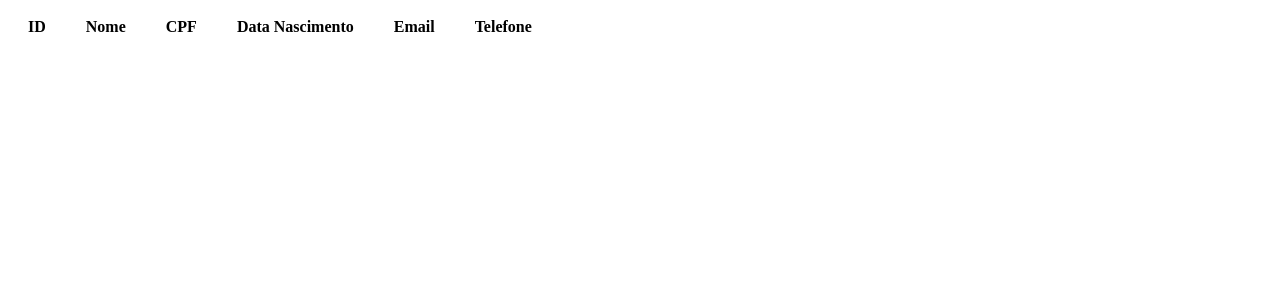
Repository: ujota/crud-cliente
Page: api-clientes/front/html/cliente.html
An editor plug-in stored every save of this project. The page is shown before and after the next save, followed by the edit.
The browser window is 1280 px wide. The pictures show the whole page.
The page's requests for data from a server got no answer.

Above is the page before, as saved 2022-10-03 03:40:33.

After the next save:
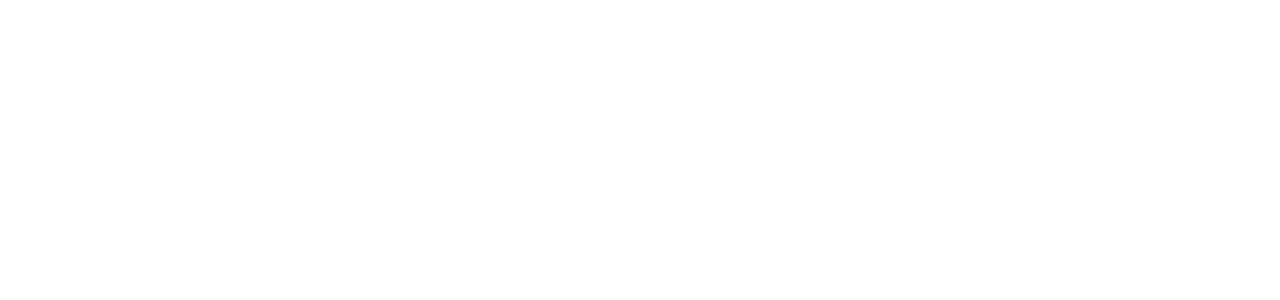
Console error: SyntaxError: Unexpected token ']'
Saved 4 min 31 s later.
--- a/api-clientes/front/scripts/cliente.js
+++ b/api-clientes/front/scripts/cliente.js
@@ -81,7 +81,19 @@
 			let row_2_data_6 = document.createElement('td');
 			row_2_data_6.innerHTML = item["telefone"];
 			let row_2_data_7 = document.createElement('td');
-			row_2_data_7.innerHTML = item[click('delete')];
+			const button = document.querySelector('input');
+			const paragraph = document.querySelector('p');
+			button.addEventListener('DELETE', updateButton);
+			function updateButton(){
+				if(button.value === 'Starte machine'){
+					button.value = 'Stop machine';
+					paragraph.textContent = 'The machine has started!';
+				}else{
+					button.value = 'Start machine';
+					paragraph.textContent = 'The machine is stopped.';
+				}
+			}
+			row_2_data_7.innerHTML = item[];
 			row_2.appendChild(row_2_data_1);
 			row_2.appendChild(row_2_data_2);
 			row_2.appendChild(row_2_data_3);

After the 3 saves that followed:
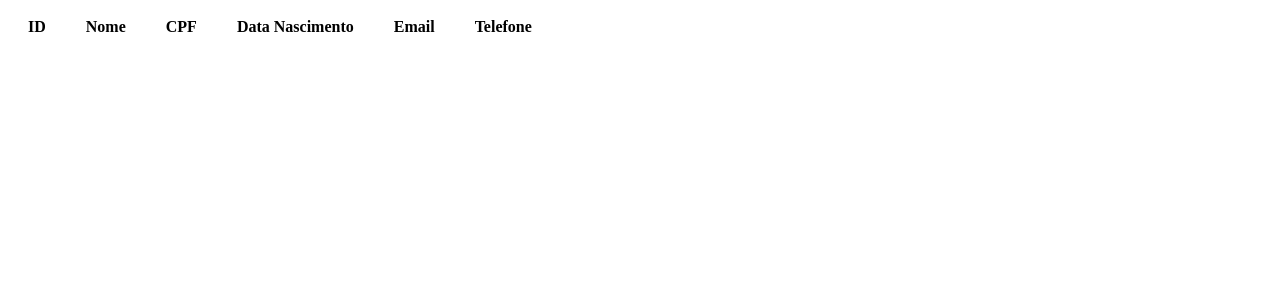
The error is gone.
The 3 saves are shown as one change because 2 left the picture as it was.
The last was saved 73 s later.
--- a/api-clientes/front/scripts/cliente.js
+++ b/api-clientes/front/scripts/cliente.js
@@ -82,18 +82,8 @@
 			row_2_data_6.innerHTML = item["telefone"];
 			let row_2_data_7 = document.createElement('td');
 			const button = document.querySelector('input');
-			const paragraph = document.querySelector('p');
-			button.addEventListener('DELETE', updateButton);
-			function updateButton(){
-				if(button.value === 'Starte machine'){
-					button.value = 'Stop machine';
-					paragraph.textContent = 'The machine has started!';
-				}else{
-					button.value = 'Start machine';
-					paragraph.textContent = 'The machine is stopped.';
-				}
-			}
-			row_2_data_7.innerHTML = item[];
+			button.addEventListener('DELETE');
+			row_2_data_7.innerHTML = item[button];
 			row_2.appendChild(row_2_data_1);
 			row_2.appendChild(row_2_data_2);
 			row_2.appendChild(row_2_data_3);
